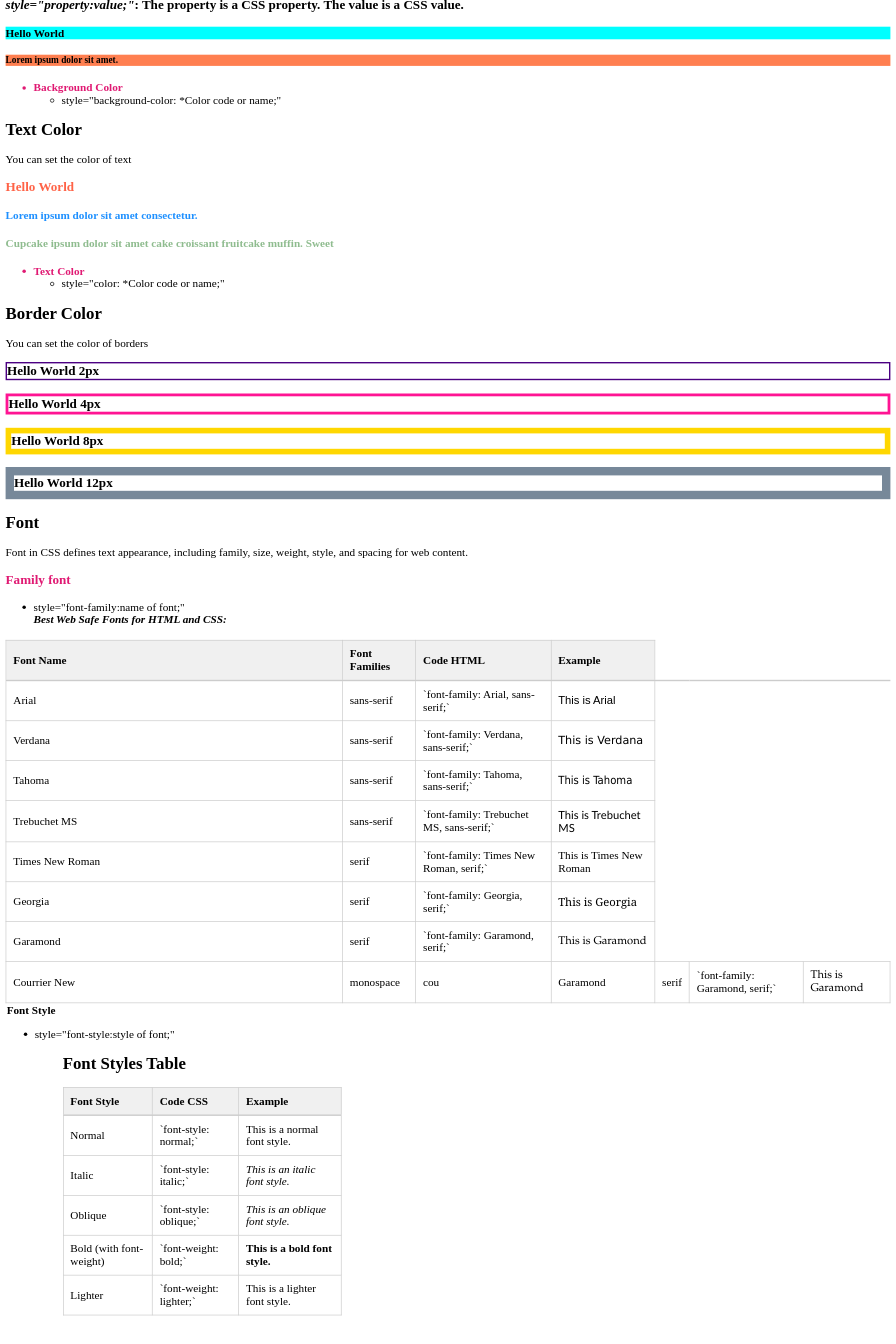
Repository: AnnaSpirit/2025_
Page: Bases/OK/HTML_Text_Formatting.html
An editor plug-in stored every save of this project. The page is shown before and after a run of saves, followed by the edit.
The browser window is 1280 px wide. The pictures show the part of the page from y = 2293 to 4213 px (the page is 4213 px tall before and 4005 px after), at 70% of full size.

Above is the page before, as saved 2025-01-09 16:26:35.

After the next 2 saves:
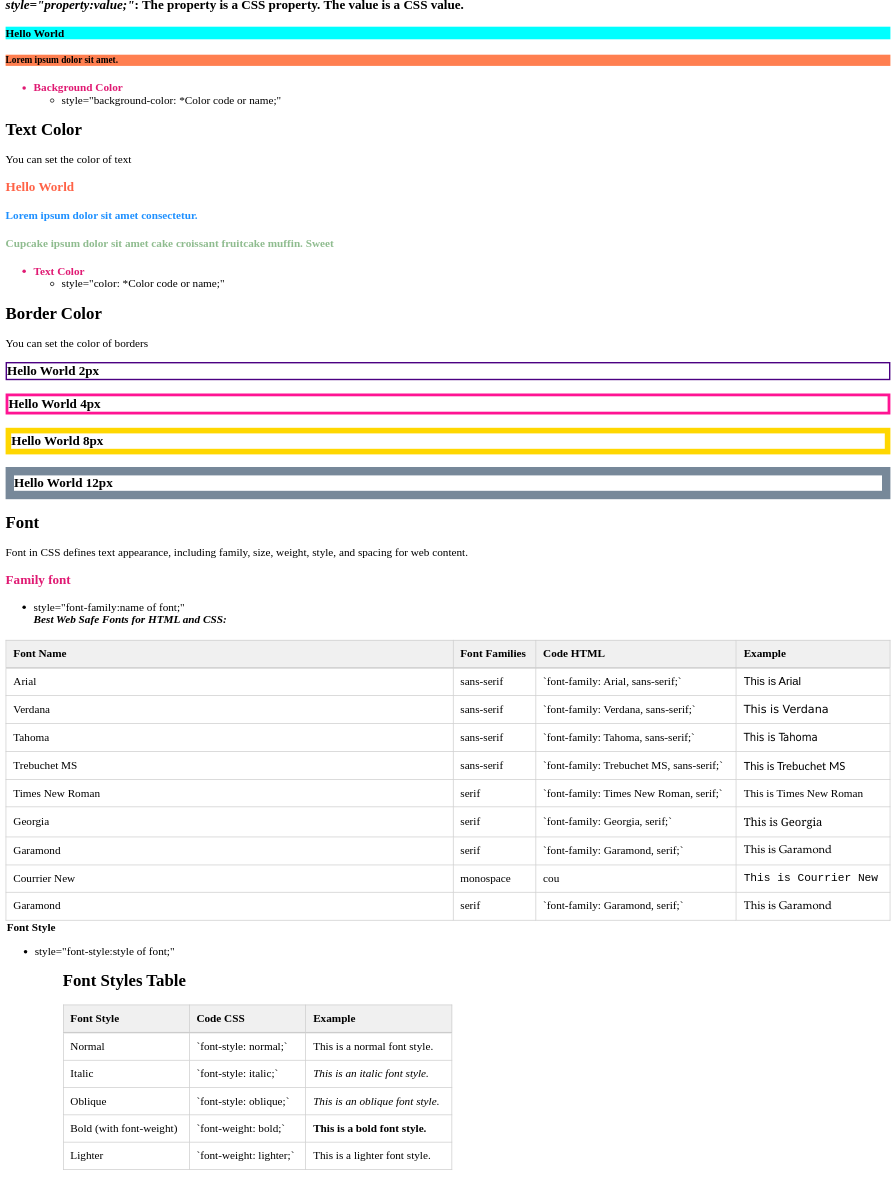
The 2 saves are shown as one change because they came seconds apart.
The last was saved 7 s later.
--- a/Bases/OK/HTML_Text_Formatting.html
+++ b/Bases/OK/HTML_Text_Formatting.html
@@ -280,7 +280,7 @@
                 <td style="padding: 10px; border: 1px solid #ccc;">monospace</td>
                 <td style="padding: 10px; border: 1px solid #ccc;"><font-family>cou</font-family>
                 </td>
-                <td style="padding: 10px; border: 1px solid #ccc; font-family:'Courier New', Courier, monospace>This is Courrier New</td>
+                <td style="padding: 10px; border: 1px solid #ccc; font-family:'Courier New', Courier, monospace";>This is Courrier New</td>
             </tr>
             <tr>
                 <td style="padding: 10px; border: 1px solid #ccc;">Garamond</td>
